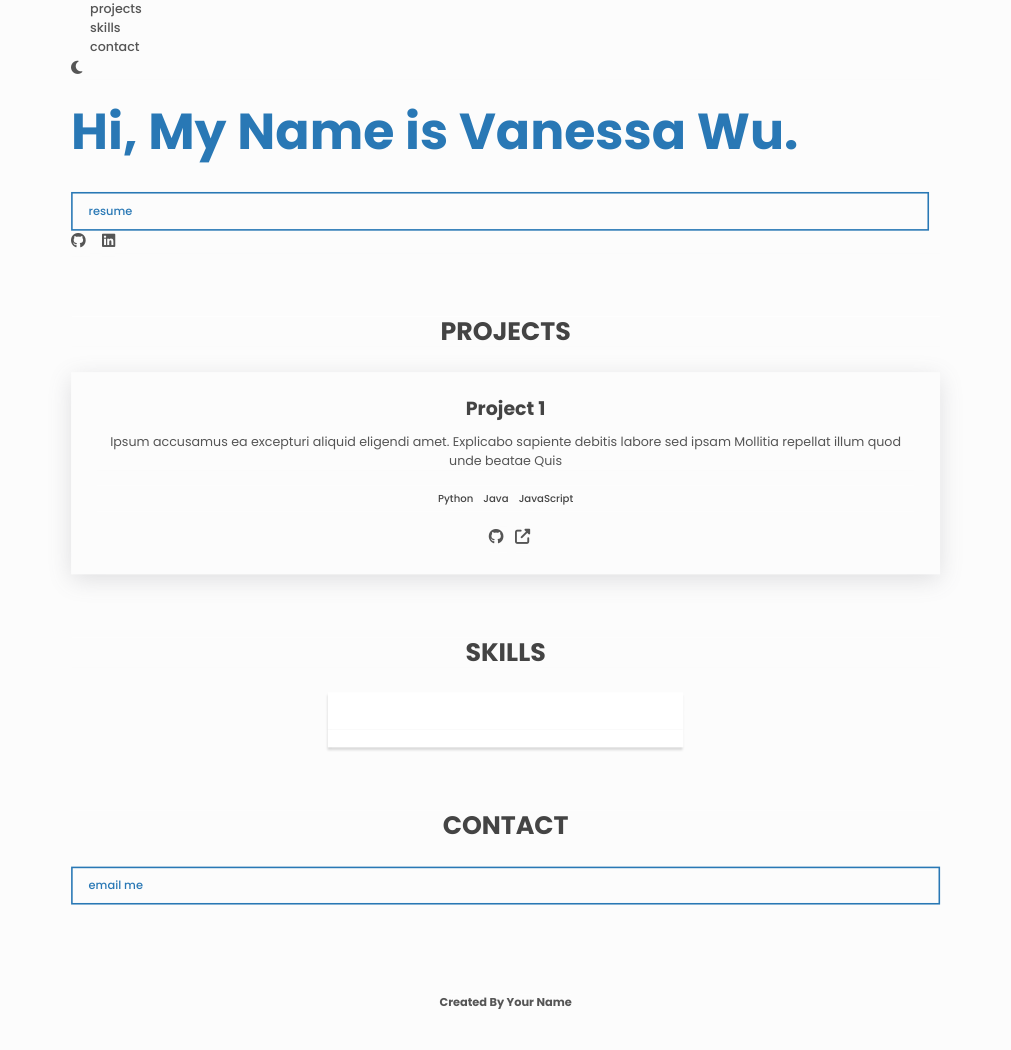
Repository: indiansummer1022/Cubstart
Page: Web Track/hw1/index.html
These files come from the project's save history. The page is drawn as it stood at one moment and after the next save; the edit follows.
The browser window is 1280 px wide. The pictures show the whole page, at 79% of full size.
Some web libraries are served in a nearby version.

Above is the page before, as saved 2022-02-15 21:10:14.

After the next save:
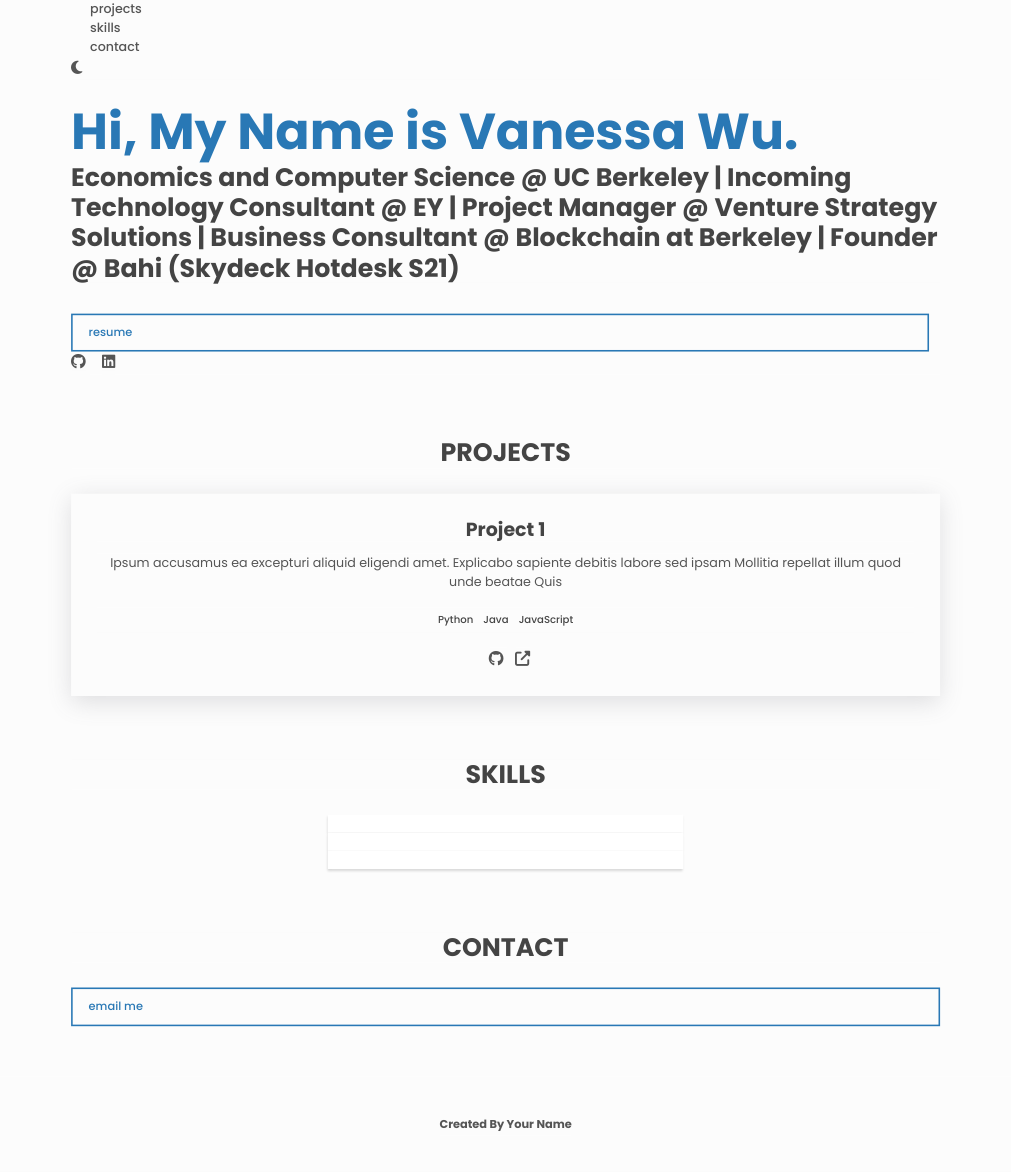
Saved 86 s later.
--- a/Web Track/hw1/index.html
+++ b/Web Track/hw1/index.html
@@ -72,6 +72,13 @@
     <div class="about center">
       <!-- BEGIN PART 6 -->
       <h1 class="about__name"> Hi, My Name is Vanessa Wu.</h1>
+      <h2 class="about_role">
+        Economics and Computer Science @ UC Berkeley
+        | Incoming Technology Consultant @ EY
+        | Project Manager @ Venture Strategy Solutions
+        | Business Consultant @ Blockchain at Berkeley
+        | Founder @ Bahi (Skydeck Hotdesk S21)
+      </h2>
       <!-- END PART 6 -->
       <div class="about__contact center">
         <a href="https://example.com">
